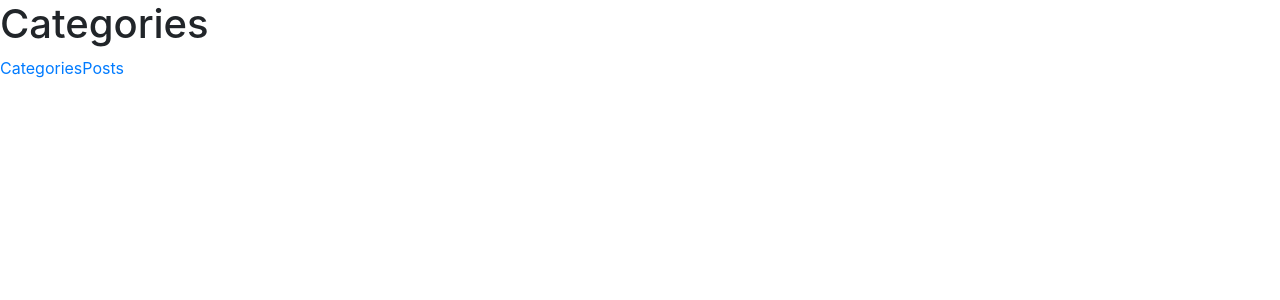
Repository: mahoone/revising_php
Page: http://localhost/public/index.php?v=categories
These files come from the project's save history. The page is drawn as it stood at one moment and after the next save; the edit follows.
The browser window is 1280 px wide. The pictures show the whole page.
The page is run by PHP 8.4 with error messages shown; the project is at /var/www/html/.

Above is the page before, as saved 2020-06-14 17:31:06.

After the next save:
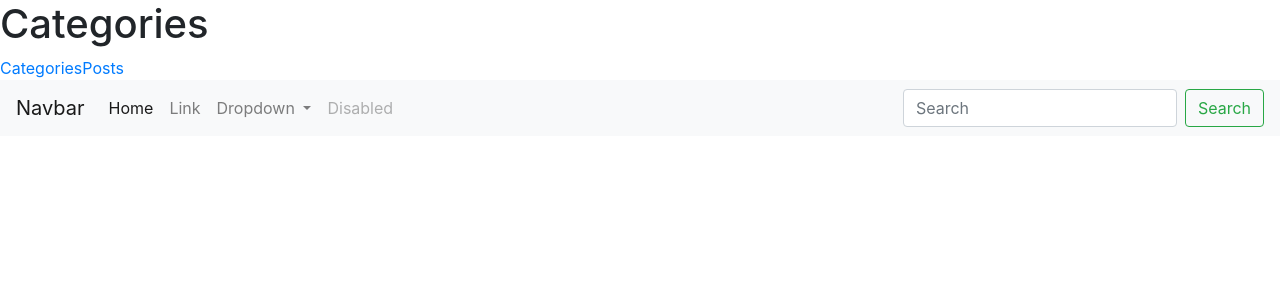
Saved 46 s later.
--- a/public/index.php
+++ b/public/index.php
@@ -17,6 +17,42 @@ include('../utils/utils.php');
     <a href="index.php?v=posts">Posts</a>
 </nav>
 
+<nav class="navbar navbar-expand-lg navbar-light bg-light">
+  <a class="navbar-brand" href="#">Navbar</a>
+  <button class="navbar-toggler" type="button" data-toggle="collapse" data-target="#navbarSupportedContent" aria-controls="navbarSupportedContent" aria-expanded="false" aria-label="Toggle navigation">
+    <span class="navbar-toggler-icon"></span>
+  </button>
+
+  <div class="collapse navbar-collapse" id="navbarSupportedContent">
+    <ul class="navbar-nav mr-auto">
+      <li class="nav-item active">
+        <a class="nav-link" href="#">Home <span class="sr-only">(current)</span></a>
+      </li>
+      <li class="nav-item">
+        <a class="nav-link" href="#">Link</a>
+      </li>
+      <li class="nav-item dropdown">
+        <a class="nav-link dropdown-toggle" href="#" id="navbarDropdown" role="button" data-toggle="dropdown" aria-haspopup="true" aria-expanded="false">
+          Dropdown
+        </a>
+        <div class="dropdown-menu" aria-labelledby="navbarDropdown">
+          <a class="dropdown-item" href="#">Action</a>
+          <a class="dropdown-item" href="#">Another action</a>
+          <div class="dropdown-divider"></div>
+          <a class="dropdown-item" href="#">Something else here</a>
+        </div>
+      </li>
+      <li class="nav-item">
+        <a class="nav-link disabled" href="#" tabindex="-1" aria-disabled="true">Disabled</a>
+      </li>
+    </ul>
+    <form class="form-inline my-2 my-lg-0">
+      <input class="form-control mr-sm-2" type="search" placeholder="Search" aria-label="Search">
+      <button class="btn btn-outline-success my-2 my-sm-0" type="submit">Search</button>
+    </form>
+  </div>
+</nav>
+
 <script src="https://code.jquery.com/jquery-3.5.1.slim.min.js" integrity="sha384-DfXdz2htPH0lsSSs5nCTpuj/zy4C+OGpamoFVy38MVBnE+IbbVYUew+OrCXaRkfj" crossorigin="anonymous"></script>
 <script src="https://cdn.jsdelivr.net/npm/popper.js@1.16.0/dist/umd/popper.min.js" integrity="sha384-Q6E9RHvbIyZFJoft+2mJbHaEWldlvI9IOYy5n3zV9zzTtmI3UksdQRVvoxMfooAo" crossorigin="anonymous"></script>
 <script src="https://stackpath.bootstrapcdn.com/bootstrap/4.5.0/js/bootstrap.min.js" integrity="sha384-OgVRvuATP1z7JjHLkuOU7Xw704+h835Lr+6QL9UvYjZE3Ipu6Tp75j7Bh/kR0JKI" crossorigin="anonymous"></script>
